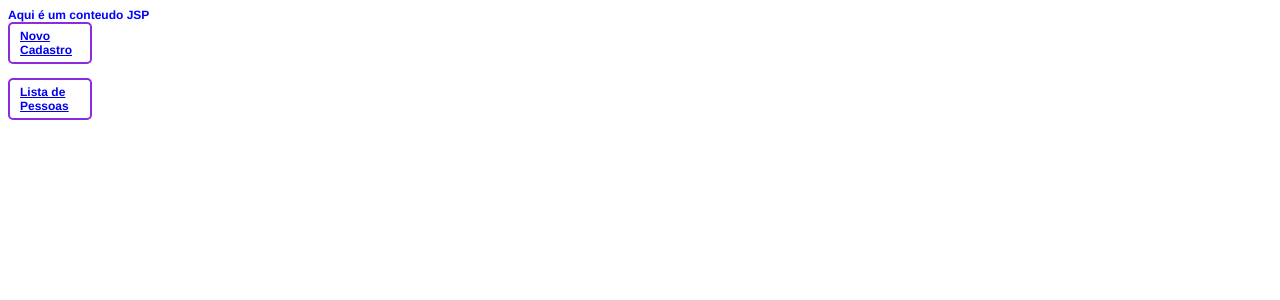
Repository: weristec/form-web
Page: http://localhost/form-cadas-pessoa/index.jsp
These files come from the project's save history. The page is drawn as it stood at one moment and after the next save; the edit follows.
The browser window is 1280 px wide. The pictures show the whole page.
The page is served by Tomcat 9. Nobody is signed in. The application's start-up code is not run.

Above is the page before, as saved 2021-08-19 00:54:26.

After the next save:
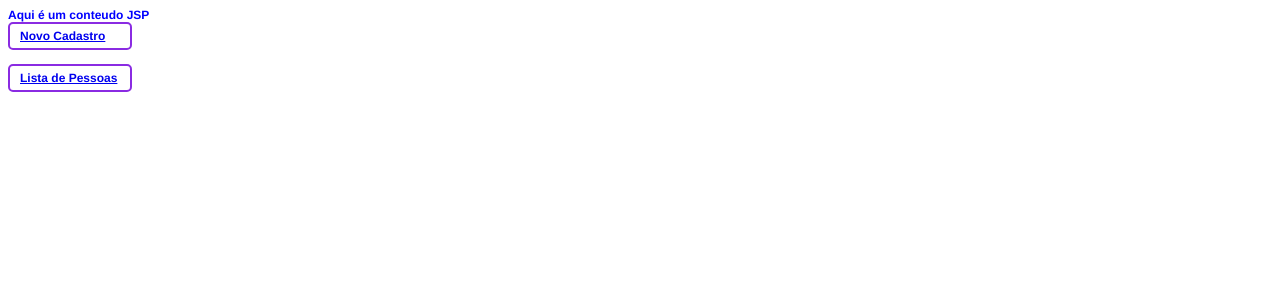
Saved 26 s later.
--- a/form-cadas-pessoa/src/main/webapp/css/estilo.css
+++ b/form-cadas-pessoa/src/main/webapp/css/estilo.css
@@ -44,7 +44,7 @@ input, select {
     float: right;
 }
 .bt3{
-	width: 60px;
+	width: 100px;
 	border: 2px solid blueviolet;
     background-color: white;
     font-weight: bold;
